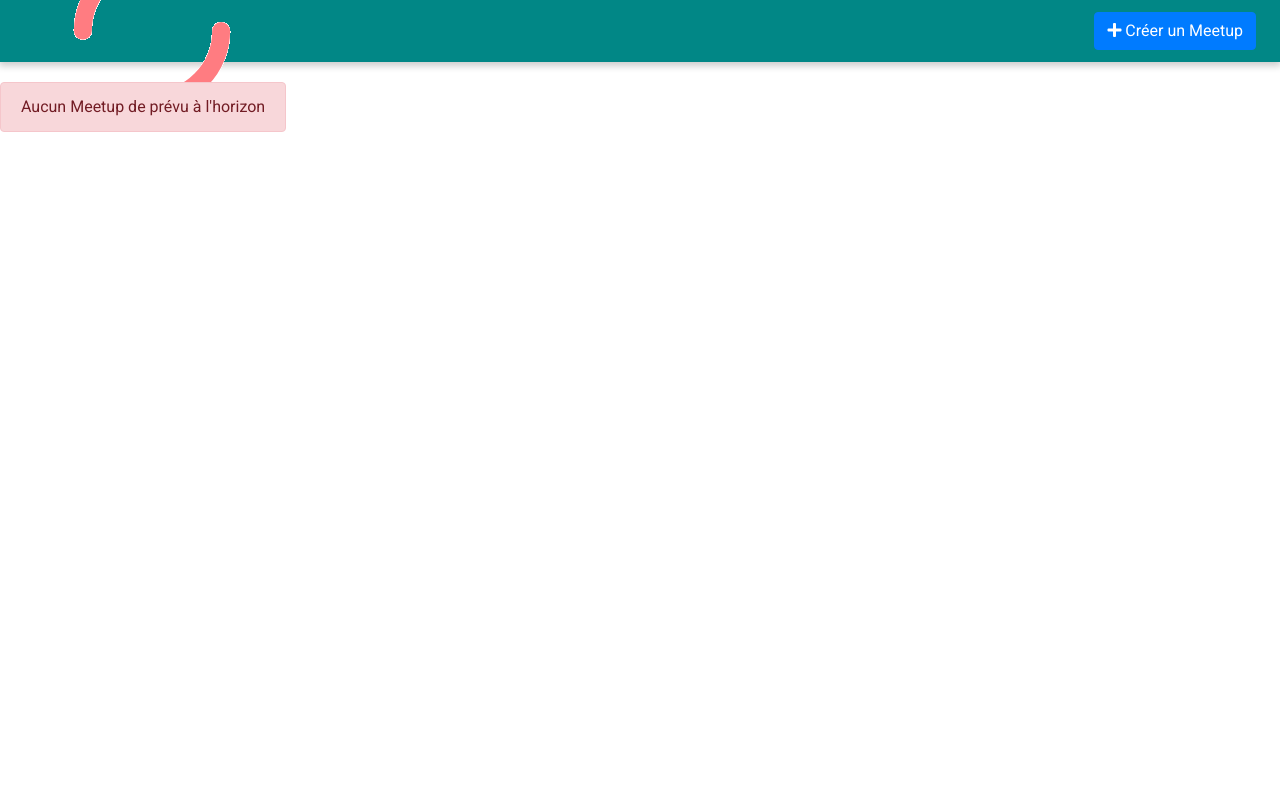
Repository: Symfomany/backandfront
Page: / (app in front/)
The author's editor kept a copy of each file at every save. The page is drawn from the files as they stood at one save, then again after the next save.
The browser window is 1280 px wide. The pictures show the whole page.
The page's requests for data from a server got no answer. Some web libraries are served in a nearby version. The project was rebuilt for these pictures with package versions that can differ from the ones it lists, and the page was loaded fresh each time. No one was signed in, and anything a server would have sent is missing. Also part of the build but not shown: front/src/Meetup.css, front/src/Meetup.js, front/src/FormMeetup.js.

Above is the page before, as saved 2018-05-28 20:55:52.

### front/public/index.html
<!DOCTYPE html>
<html lang="en">

<head>
  <meta charset="utf-8">
  <meta name="viewport" content="width=device-width, initial-scale=1, shrink-to-fit=no">
  <meta name="theme-color" content="#000000">
  <!--
      manifest.json provides metadata used when your web app is added to the
      homescreen on Android. See https://developers.google.com/web/fundamentals/engage-and-retain/web-app-manifest/
    -->
  <link rel="manifest" href="%PUBLIC_URL%/manifest.json">
  <link rel="shortcut icon" href="%PUBLIC_URL%/favicon.ico">
  <!--
      Notice the use of %PUBLIC_URL% in the tags above.
      It will be replaced with the URL of the `public` folder during the build.
      Only files inside the `public` folder can be referenced from the HTML.

      Unlike "/favicon.ico" or "favicon.ico", "%PUBLIC_URL%/favicon.ico" will
      work correctly both with client-side routing and a non-root public URL.
      Learn how to configure a non-root public URL by running `npm run build`.
    -->
  <title>React App</title>
  <link rel="stylesheet" href="https://use.fontawesome.com/releases/v5.0.13/css/all.css" />
  <link href="https://fonts.googleapis.com/css?family=Roboto:100,300,400,500,700,700i,900i" rel="stylesheet">



</head>

<body>
  <noscript>
    You need to enable JavaScript to run this app.
  </noscript>
  <div id="root"></div>
  <!--
      This HTML file is a template.
      If you open it directly in the browser, you will see an empty page.

      You can add webfonts, meta tags, or analytics to this file.
      The build step will place the bundled scripts into the <body> tag.

      To begin the development, run `npm start` or `yarn start`.
      To create a production bundle, use `npm run build` or `yarn build`.
    -->
</body>

</html>

### front/src/index.js
import React from "react";
import ReactDOM from "react-dom";
import App from "./App";
import registerServiceWorker from "./registerServiceWorker";
import "./index.css";
import "bootstrap/dist/css/bootstrap.min.css";
import { BrowserRouter } from "react-router-dom";

ReactDOM.render(
  <BrowserRouter>
    <App />
  </BrowserRouter>,
  document.getElementById("root")
);
registerServiceWorker();

### front/src/App.js
import React, { Component } from "react";
import Liste from "./Liste";
import FormMeetup from "./FormMeetup";
import Navbar from "./Navbar";
import ajax from "./config"; // configuration of Ajax
import { Route } from "react-router-dom";
import "./App.css";
/**
 * Class App
 */
class App extends Component {
  /**
   * Constructor
   */
  constructor(props) {
    super(props);
    this.state = {
      meetups: []
    };
    this.refresh = this.refresh.bind(this);
  }

  /**
   * Fetch api
   * Une fois que le composant est monté
   */
  componentDidMount() {
    ajax.get("/liste").then(res => this.setState({ meetups: res.data }));
  }

  /**
   * Refresh all meetups after actions
   */
  refresh(meetups) {
    this.setState({
      meetups
    });
  }

  /**
   * Render App
   */
  render() {
    /**
     * Syntaxe Fonctionnelle d'un composant
     * Différent rendus de composant avec props
     * (HOC simple)
     */
    const MyListe = props => {
      return (
        <Liste refresh={this.refresh} meetups={this.state.meetups} {...props} />
      );
    };
    const MeetupForm = props => {
      return <FormMeetup refresh={this.refresh} {...props} />;
    };

    return (
      <div>
        <Navbar />

        <div className="container animated-page-wrapper">
          {/* Declarations of Routes  --> */}

          <Route exact path="/" render={MyListe} />
          <Route path="/create" render={MeetupForm} />
          <Route path="/update/:id" render={MeetupForm} />
        </div>
      </div>
    );
  }
}

export default App;

### front/src/index.css
body {
  font-family: "Roboto", sans-serif !important;
}

### front/src/Liste.js
import React, { Component } from "react";
import ajax from "./config";
import Meetup from "./Meetup";
import "./Liste.css";
import { Link } from "react-router-dom";

class Liste extends Component {
  constructor(props) {
    super(props);
    this.state = {};
    this.remove = this.remove.bind(this);
  }

  update(meetup) {
    this.props.history.push({
      pathname: "/create",
      update: true,
      state: { meetup }
    });
  }

  remove(meetup) {
    ajax
      .get(`/remove/${meetup.id}`)
      .then(response => {
        this.props.refresh(response.data);
      })
      .catch(e => alert("Erreur, veuillez réessayer plus tard"));
  }

  render() {
    return (
      <div>
        <div className="row">
          {this.props.meetups.length === 0 && (
            <div className="alert alert-danger">
              Aucun Meetup de prévu à l'horizon
            </div>
          )}
          {this.props.meetups.length > 0 &&
            this.props.meetups.map(meetup => (
              <Meetup remove={this.remove} meetup={meetup} key={meetup.id} />
            ))}
        </div>
      </div>
    );
  }
}

export default Liste;

### front/src/Navbar.js
import React, { Component } from "react";
import Profil from "./Profil";
import { Link } from "react-router-dom";

import "./Navbar.css";
class Navbar extends Component {
  constructor(props) {
    super(props);
    this.state = {};
  }
  render() {
    return (
      <nav className="navbar ">
        <a className="navbar-brand" href="#">
          <Profil />
        </a>
        <Link to="/create" className="btn btn-primary">
          <i className="fa fa-plus" /> Créer un Meetup
        </Link>
      </nav>
    );
  }
}

export default Navbar;

### front/src/config.js
import axios from "axios";

const ajax = axios.create({
  baseURL: "http://localhost:4000/api",
  timeout: 10000
});

export default ajax;

### front/src/App.css
.animated-page-wrapper {
  position: absolute;
  top: 82px;
  left: 0;
  width: 100%;
  height: 100%;
}

### front/src/Liste.css
div.item {
  padding: 10px;
  margin: 10px;
  border: 1px solid #eee;
}
div.item h4 {
  color: brown;
  font-size: 24px;
}
div.item p {
  text-align: justify;
}
.row {
  margin-right: 0px;
  margin-left: 0px;
}

### front/src/Profil.js
import React, { Component } from "react";
import ajax from "./config";
import Loader from "./Loader";

class Profil extends Component {
  /**
 * Init
 */
  constructor(props) {
    super(props);
    this.state = {
      profil: {}
    };
  }

  /**
     * fetch api
     */
  componentDidMount() {
    ajax.get("/").then(res => this.setState({ profil: res.data }));
    ajax.get("/liste").then(res => this.setState({ meetups: res.data }));
  }

  /**
   *
   */
  render() {
    return this.state.profil.username ? (
      <h4>Bonjour {this.state.profil.username}</h4>
    ) : (
      <Loader />
    );
  }
}

export default Profil;

### front/src/Navbar.css
nav.navbar {
  margin-bottom: 20px;
  box-shadow: 0px 3px 7px 1px rgba(0, 0, 0, 0.2);
  background-color: #018786;
  position: fixed;
  top: 0;
  left: 0;
  display: flex;
  flex-flow: row nowrap;
  align-items: center;
  width: 100%;
  height: 62px;
  padding: 0 24px;
}
nav.navbar a {
  color: white;
}

### front/src/Loader.js
import React, { Component } from "react";

import loader from "./loader.gif";

class Loader extends Component {
  constructor(props) {
    super(props);
    this.state = {};
  }
  render() {
    return <img src={loader} />;
  }
}

export default Loader;

Loaded but not shown: front/src/registerServiceWorker.js (common file)

After the next save:
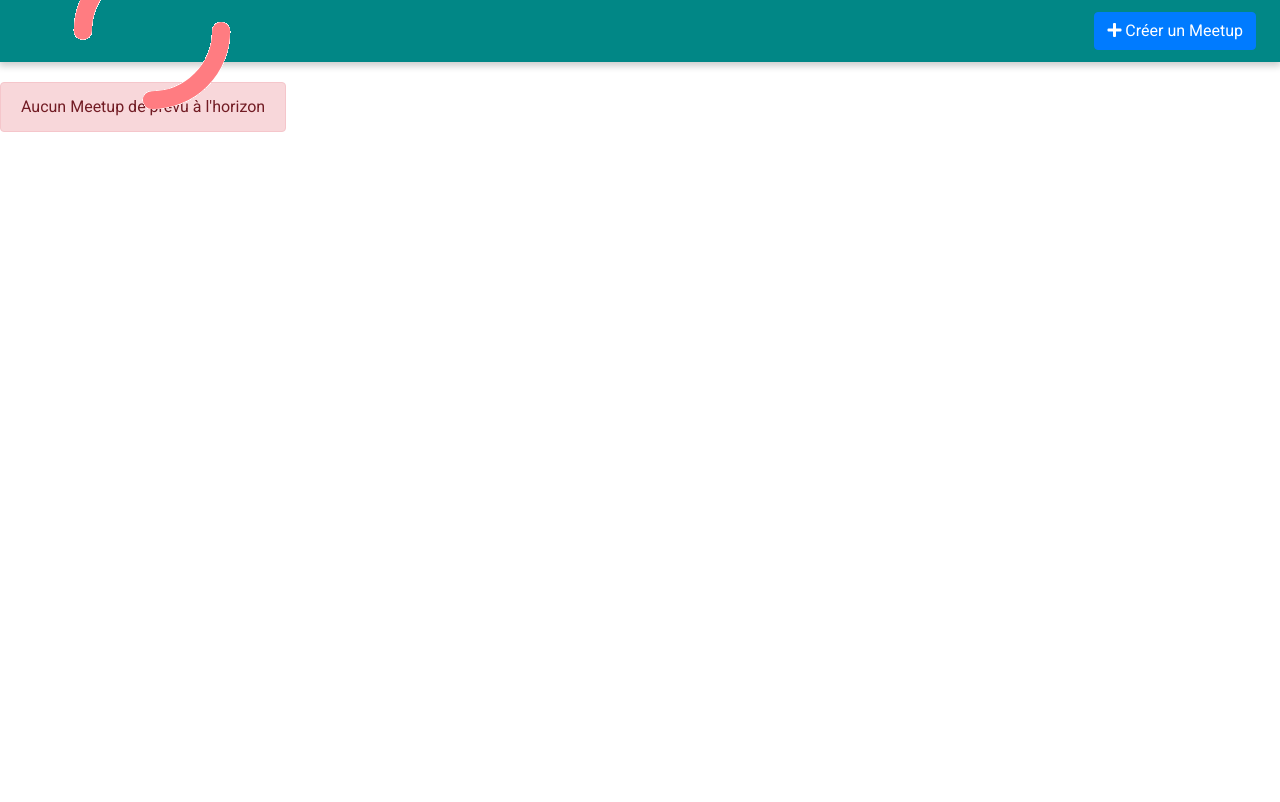
Saved 12 s later.
--- a/front/src/Navbar.css
+++ b/front/src/Navbar.css
@@ -11,6 +11,7 @@
   width: 100%;
   height: 62px;
   padding: 0 24px;
+  z-index: 200000;
 }
 nav.navbar a {
   color: white;
